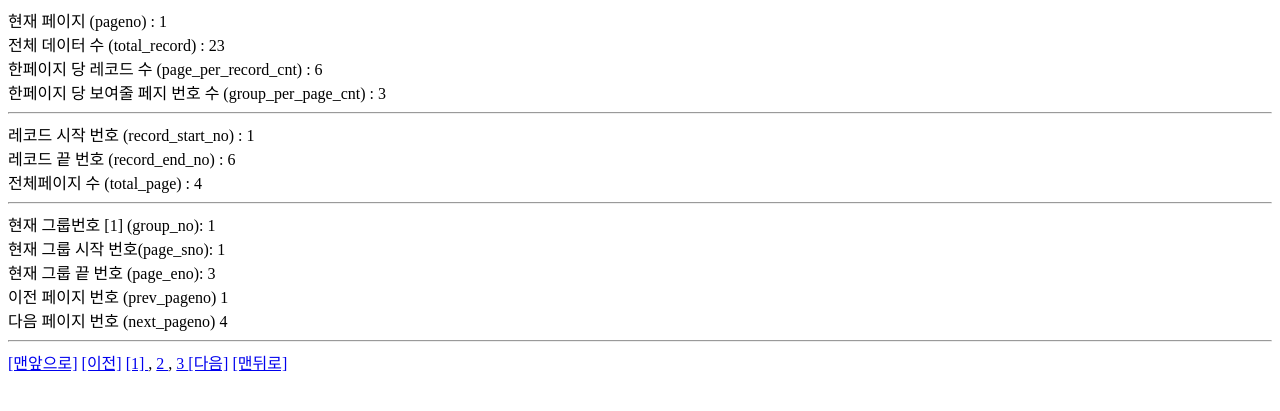
Repository: MinJae1/test
Page: http://localhost/ezenMall/view/test.jsp?pageno=1
These files come from the project's save history. The page is drawn as it stood at one moment and after the next save; the edit follows.
The browser window is 1280 px wide. The pictures show the whole page.
The page is served by Tomcat 9.

Above is the page before, as saved 2018-11-07 01:29:32.

After the next save:
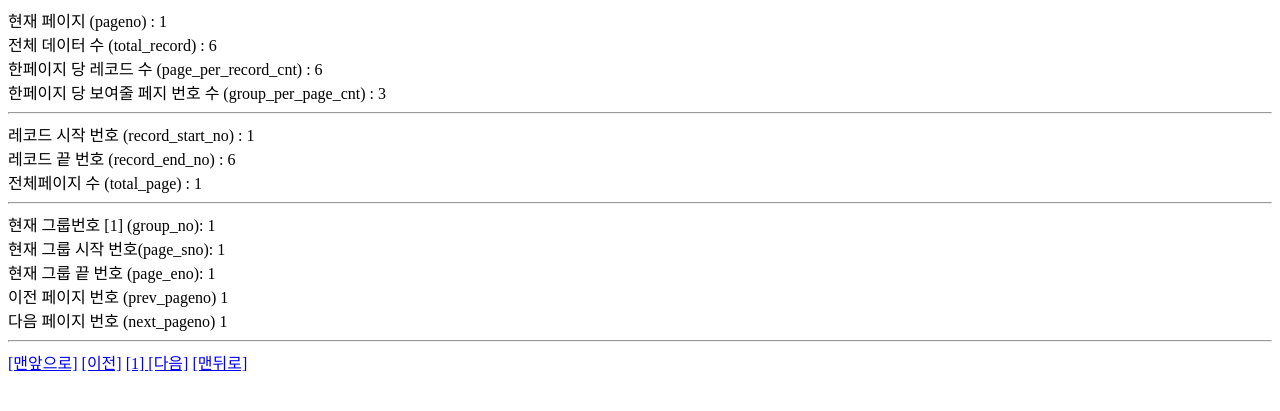
Saved 4 min 34 s later.
--- a/java/ezenMall/WebContent/view/test.jsp
+++ b/java/ezenMall/WebContent/view/test.jsp
@@ -13,7 +13,7 @@
 	if(pageno<1){//현재 페이지
 		pageno = 1;
 	}
-	int total_record = 23;		   //총 레코드 수
+	int total_record = 6;		   //총 레코드 수
 	int page_per_record_cnt = 6;  //페이지 당 레코드 수
 	int group_per_page_cnt =3;     //페이지 당 보여줄 번호 수[1],[2],[3],[4],[5]
 //					  									  [6],[7],[8],[9],[10]
